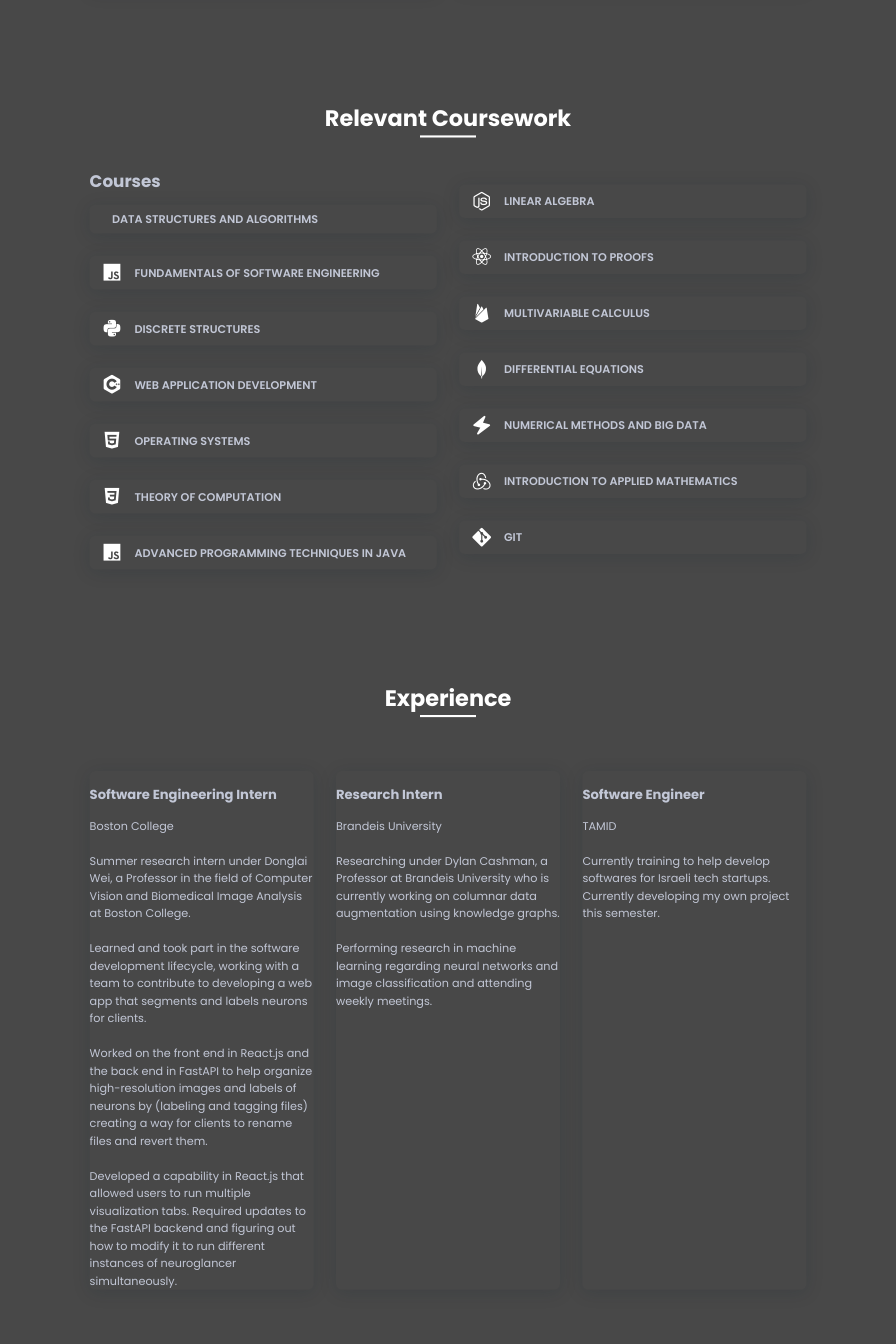
Repository: joshliu14/joshliu14.github.io
Page: index.html
The author's editor kept a copy of each file at every save. The page is drawn from the files as they stood at one save, then again after the next save.
The browser window is 1280 px wide. The pictures show the part of the page from y = 2099 to 4019 px (the page is 5563 px tall before and 5569 px after), at 70% of full size.

Above is the page before, as saved 2024-02-01 01:39:12.

### index.html
<!DOCTYPE html>
<html lang="en">
  <head>
    <meta charset="UTF-8" />
    <meta name="viewport" content="width=device-width, initial-scale=1.0" />

    <link rel="stylesheet" href="assets/css/web.css" />

    <!-- =====BOX ICONS===== -->
    <link
      href="https://unpkg.com/boxicons@2.1.4/css/boxicons.min.css"
      rel="stylesheet"
    />

    <title>Joshua Liu</title>
  </head>
  <body>
    <!--===== HEADER =====-->
    <header class="l-header">
      <nav class="nav bd-grid">
        <div>
          <a href="#" class="nav__logo">Joshua Liu</a>
        </div>

        <div class="nav__menu" id="nav-menu">
          <ul class="nav__list">
            <li class="nav__item">
              <a href="#home" class="nav__link active-link">Home</a>
            </li>
            <li class="nav__item">
              <a href="#about" class="nav__link">About</a>
            </li>
            <li class="nav__item">
              <a href="#skills" class="nav__link">Skills</a>
            </li>
            <li class="nav__item">
              <a href="#coursework" class="nav__link">Coursework</a>
            </li>
            <li class="nav__item">
              <a href="#work" class="nav__link">Experience</a>
            </li>
            <li class="nav__item">
              <a href="#projects" class="nav__link">Projects</a>
            </li>
            <li class="nav__item">
              <a href="#contact" class="nav__link">Info</a>
            </li>
          </ul>
        </div>

        <div class="nav__toggle" id="nav-toggle">
          <i class="bx bx-menu"></i>
        </div>
      </nav>
    </header>

    <main class="l-main">
      <!--===== HOME =====-->
      <section class="home bd-grid" id="home">
        <div class="home__data">
          <h1 class="home__title">
            Hi,<br />I'm <span class="home__title-color">Josh</span><br />
          </h1>

          <a href="resume.pdf" class="button">Resume</a>
        </div>

        <div class="home__social">
          <a
            href="https://www.linkedin.com/in/joshua-liu-727847208/"
            class="home__social-icon"
            ><i class="bx bxl-linkedin"></i
          ></a>
          <a href="https://github.com/joshliu14" class="home__social-icon"
            ><i class="bx bxl-github"></i
          ></a>
        </div>

        <div class="home__img">
          <svg
            class="home__blob"
            viewBox="0 0 479 467"
            xmlns="http://www.w3.org/2000/svg"
            xmlns:xlink="http://www.w3.org/1999/xlink"
          >
            <mask id="mask0" mask-type="alpha">
              <path
                d="M9.19024 145.964C34.0253 76.5814 114.865 54.7299 184.111 29.4823C245.804 6.98884 311.86 -14.9503 370.735 14.143C431.207 44.026 467.948 107.508 477.191 174.311C485.897 237.229 454.931 294.377 416.506 344.954C373.74 401.245 326.068 462.801 255.442 466.189C179.416 469.835 111.552 422.137 65.1576 361.805C17.4835 299.81 -17.1617 219.583 9.19024 145.964Z"
              />
            </mask>
            <g mask="url(#mask0)">
              <path
                d="M9.19024 145.964C34.0253 76.5814 114.865 54.7299 184.111 29.4823C245.804 6.98884 311.86 -14.9503 370.735 14.143C431.207 44.026 467.948 107.508 477.191 174.311C485.897 237.229 454.931 294.377 416.506 344.954C373.74 401.245 326.068 462.801 255.442 466.189C179.416 469.835 111.552 422.137 65.1576 361.805C17.4835 299.81 -17.1617 219.583 9.19024 145.964Z"
              />
              <image
                class="home__blob-img"
                x="30"
                y="65"
                href="assets/img/profile.png"
              />
            </g>
          </svg>
        </div>
      </section>

      <!--===== ABOUT =====-->
      <section class="about section" id="about">
        <h2 class="section-title">About</h2>

        <div class="about__container bd-grid">
          <div class="about__img">
            <img src="assets/img/about.png" alt="" />
          </div>

          <div>
            <h2 class="about__subtitle">I'm Josh</h2>
            <p class="about__text">
              I am currently a sophomore at Brandeis University pursuing a
              degree in Computer Science and Applied Mathematics. I am eager to
              contribute my programming skills to real-world scenarios, and I am
              actively seeking software engineering internship opportunities. My
              goal is to enhance my knowledge, apply theoretical concepts in
              practical settings, and contribute meaningfully to innovative
              projects.
            </p>
          </div>
        </div>
      </section>

      <!--===== SKILLS =====-->
      <section class="skills section" id="skills">
        <h2 class="section-title">Skills</h2>

        <div class="skills__container bd-grid">
          <div>
            <h2 class="skills__subtitle">Programming/Framework/Software Skills</h2>
            <p class="skills__text">
                I have experience with the following programming languages and
                frameworks. I am also familiar with software such as Git and
                Firebase. I am always eager to learn new technologies, languages,
                and frameworks to expand my skillset.
            </p>
            <div class="skills__data">
              <div class="skills__names">
                <i class="bx bxl-java skills__icon"></i>
                <span class="skills__name">JAVA</span>
              </div>
            </div>
            <div class="skills__data">
              <div class="skills__names">
                <i class="bx bxl-javascript skills__icon"></i>
                <span class="skills__name">JAVASCRIPT</span>
              </div>
            </div>
            <div class="skills__data">
              <div class="skills__names">
                <i class="bx bxl-python skills__icon"></i>
                <span class="skills__name">PYTHON</span>
              </div>
            </div>
            <div class="skills__data">
              <div class="skills__names">
                <i class="bx bxl-c-plus-plus skills__icon"></i>
                <span class="skills__name">C++</span>
              </div>
            </div>
            <div class="skills__data">
              <div class="skills__names">
                <i class="bx bxl-html5 skills__icon"></i>
                <span class="skills__name">HTML</span>
              </div>
            </div>
            <div class="skills__data">
              <div class="skills__names">
                <i class="bx bxl-css3 skills__icon"></i>
                <span class="skills__name">CSS</span>
              </div>
            </div>
            <div class="skills__data">
              <div class="skills__names">
                <i class="bx bxl-javascript skills__icon"></i>
                <span class="skills__name">JAVA</span>
              </div>
            </div>
          </div>
          <div class="skills__column2">
            <div class="skills__data">
              <div class="skills__names">
                <i class="bx bxl-react skills__icon"></i>
                <span class="skills__name">REACT.JS</span>
              </div>
            </div>
            <div class="skills__data">
              <div class="skills__names">
                <i class="bx bxl-firebase skills__icon"></i>
                <span class="skills__name">FIREBASE</span>
              </div>
            </div>
            <div class="skills__data">
              <div class="skills__names">
                <i class="bx bxl-mongodb skills__icon"></i>
                <span class="skills__name">MONGODB</span>
              </div>
            </div>
            <div class="skills__data">
              <div class="skills__names">
                <i class="bx bxs-zap skills__icon"></i>
                <span class="skills__name">FASTAPI</span>
              </div>
            </div>
            <div class="skills__data">
              <div class="skills__names">
                <i class="bx bxl-redux skills__icon"></i>
                <span class="skills__name">REDUX</span>
              </div>
            </div>
            <div class="skills__data">
              <div class="skills__names">
                <i class="bx bxl-nodejs skills__icon"></i>
                <span class="skills__name">NODE</span>
              </div>
            </div>
            <div class="skills__data">
              <div class="skills__names">
                <i class="bx bxl-git skills__icon"></i>
                <span class="skills__name">GIT</span>
              </div>
            </div>
          </div>
      </section>

      <!--===== Relevant Coursework =====-->
      <section class="skills section" id="coursework">
        <h2 class="section-title">Relevant Coursework</h2>

        <div class="skills__container bd-grid">
          <div>
            <h2 class="skills__subtitle">Courses</h2>
            <div class="skills__data">
              <div class="skills__names">
                <i class="bx bxs-code skills__icon"></i>
                <span class="skills__name">DATA STRUCTURES AND ALGORITHMS</span>
              </div>
            </div>
            <div class="skills__data">
              <div class="skills__names">
                <i class="bx bxl-javascript skills__icon"></i>
                <span class="skills__name">FUNDAMENTALS OF SOFTWARE ENGINEERING</span>
              </div>
            </div>
            <div class="skills__data">
              <div class="skills__names">
                <i class="bx bxl-python skills__icon"></i>
                <span class="skills__name">DISCRETE STRUCTURES</span>
              </div>
            </div>
            <div class="skills__data">
              <div class="skills__names">
                <i class="bx bxl-c-plus-plus skills__icon"></i>
                <span class="skills__name">WEB APPLICATION DEVELOPMENT</span>
              </div>
            </div>
            <div class="skills__data">
              <div class="skills__names">
                <i class="bx bxl-html5 skills__icon"></i>
                <span class="skills__name">OPERATING SYSTEMS</span>
              </div>
            </div>
            <div class="skills__data">
              <div class="skills__names">
                <i class="bx bxl-css3 skills__icon"></i>
                <span class="skills__name">THEORY OF COMPUTATION</span>
              </div>
            </div>
            <div class="skills__data">
              <div class="skills__names">
                <i class="bx bxl-javascript skills__icon"></i>
                <span class="skills__name">ADVANCED PROGRAMMING TECHNIQUES IN JAVA</span>
              </div>
            </div>
          </div>
          <div>
             <div class="skills__data">
              <div class="skills__names">
                <i class="bx bxl-nodejs skills__icon"></i>
                <span class="skills__name">LINEAR ALGEBRA</span>
              </div>
            </div class="courses__column2">
            <div class="skills__data">
              <div class="skills__names">
                <i class="bx bxl-react skills__icon"></i>
                <span class="skills__name">INTRODUCTION TO PROOFS</span>
              </div>
            </div>
            <div class="skills__data">
              <div class="skills__names">
                <i class="bx bxl-firebase skills__icon"></i>
                <span class="skills__name">MULTIVARIABLE CALCULUS</span>
              </div>
            </div>
            <div class="skills__data">
              <div class="skills__names">
                <i class="bx bxl-mongodb skills__icon"></i>
                <span class="skills__name">DIFFERENTIAL EQUATIONS</span>
              </div>
            </div>
            <div class="skills__data">
              <div class="skills__names">
                <i class="bx bxs-zap skills__icon"></i>
                <span class="skills__name">NUMERICAL METHODS AND BIG DATA</span>
              </div>
            </div>
            <div class="skills__data">
              <div class="skills__names">
                <i class="bx bxl-redux skills__icon"></i>
                <span class="skills__name">INTRODUCTION TO APPLIED MATHEMATICS</span>
              </div>
            </div>
            <div class="skills__data">
              <div class="skills__names">
                <i class="bx bxl-git skills__icon"></i>
                <span class="skills__name">GIT</span>
              </div>
            </div>
          </div>
      </section>

      <!--===== Experience =====-->
      <section class="work section" id="work">
        <h2 class="section-title">Experience</h2>

        <div class="work__container bd-grid">
                <div class="work__img">
                <h3 class="work__title">Software Engineering Intern</h3>
                <span class="work__subtitle">Boston College</span>
                <p class="work__description">
                    <br />
                    Summer research intern under Donglai Wei, a Professor in the field of Computer
                    Vision and Biomedical Image Analysis at Boston College.
                    <br />
                    <br />
                    Learned and took part in the software development lifecycle, working with a team to
                    contribute to developing a web app that segments and labels neurons for clients.
                    <br />
                    <br />
                    Worked on the front end in React.js and the back end in FastAPI to help organize high-resolution images
                    and labels of neurons by (labeling and tagging files) creating a way for clients to rename files and revert them.
                    <br />
                    <br />
                    Developed a capability in React.js that allowed users to run multiple visualization tabs. Required updates
                    to the FastAPI backend and figuring out how to modify it to run different instances of neuroglancer simultaneously.
                </p>
                </div>
                <div class="work__img">
                <h3 class="work__title">Research Intern</h3>
                <span class="work__subtitle">Brandeis University</span>
                <p class="work__description">
                    <br />
                    Researching under Dylan Cashman, a Professor at Brandeis University who is currently working on
                    columnar data augmentation using knowledge graphs.
                    <br />
                    <br />
                    Performing research in machine learning regarding neural networks and image classification and attending weekly meetings.
                </p>
                </div>
                <div class="work__img">
                <h3 class="work__title">Software Engineer</h3>
                <span class="work__subtitle">TAMID</span>
                <p class="work__description">
                    <br />
                     Currently training to help develop softwares for
                    Israeli tech startups. Currently developing my own project
                    this semester.
                </p>
                </div>
        </div>
      </section>

       <!--===== Personal Projects =====-->
      <section class="work section" id="projects">
        <h2 class="section-title">Personal Projects</h2>

        <div class="work__container bd-grid">
                <div class="work__img">
                <h3 class="work__title">Brandeis Stdent Alumni Association</h3>
                <span class="work__subtitle">Web Project</span>
                <p class="work__description">
                    <br />
                    Created a mock Brandeis Student Alumni Association website
                    using Express.js and MongoDB.
                    <br />
                    <br />
                    Fully functioning website utilizing the
                    database for storing upcoming events, user authentication, permissions,
                    and a chat feature through socket.io.
                </p>
                </div>
                <div class="work__img">
                <h3 class="work__title">Travel Mug</h3>
                <span class="work__subtitle">Web Project</span>
                <p class="work__description">
                    <br />
                    Lead software engineer for Travel Mug website using Firebase and React.js.
                    <br />
                    <br />
                    Utilized React-Redux, React-Redux-Firebase
                    and more to aloow communication between from and back end.
                    <br />
                    <br />
                    Features include user authentication and personalized preferences.
                    Ability to filter for different cafes based on roast, items sold, location and more.
                </p>
                </div>
                <div class="work__img">
                <h3 class="work__title">Comment Linter</h3>
                <span class="work__subtitle">AI Project</span>
                <p class="work__description">
                    <br />
                    Working to build an AI software that can detect outdated
                    or misleading comments in software code to help developers
                    maintain readability of code, prevent confusion and increase
                    productivity.
                </p>
                </div>
        </div>
      </section>

      <!--===== INFO =====-->
      <section class="contact section" id="contact">
        <h2 class="section-title">Info</h2>
        <p class="contact__input">Joshua Liu</p>
        <p class="contact__input">joshualiu@brandeis.edu</p>
        <p class="contact__input">949-551-8585</p>
        <p class="contact__input">Brandeis University</p>
        <p class="contact__input">415 South Street Waltham, MA</p>
      </section>
    </main>

    <!--===== FOOTER =====-->
    <footer class="footer">
      <p class="footer__title">Josh Liu</p>
      <div class="footer__social">
        <a href="https://www.facebook.com/josh.liu.9847" class="footer__icon"
          ><i class="bx bxl-facebook"></i
        ></a>
        <a href="https://www.instagram.com/joshliu_" class="footer__icon"
          ><i class="bx bxl-instagram"></i
        ></a>
        <a href="https://twitter.com/jahliu" class="footer__icon"
          ><i class="bx bxl-twitter"></i
        ></a>
      </div>
      <p class="footer__copy">&#169; Joshua Liu</p>
    </footer>

    <!--===== SCROLL REVEAL =====-->
    <script src="https://unpkg.com/scrollreveal"></script>

    <!--===== MAIN JS =====-->
    <script src="assets/js/main.js"></script>
  </body>
</html>

Loaded but not shown: assets/js/main.js (61 lines, source omitted); assets/css/web.css (479 lines, source omitted)

After the next save:
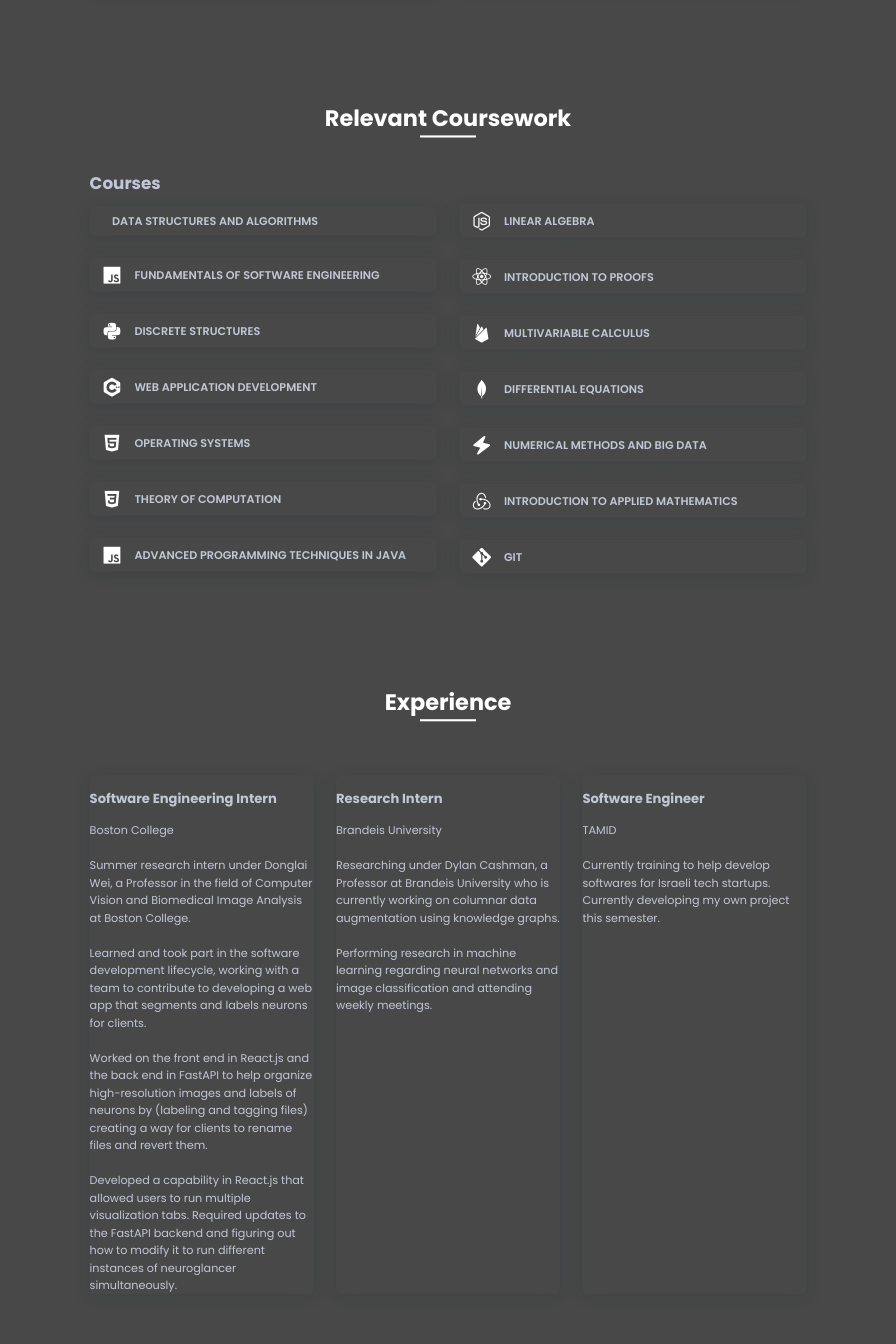
Saved 30 s later.
--- a/index.html
+++ b/index.html
@@ -279,13 +279,13 @@
               </div>
             </div>
           </div>
-          <div>
+          <div class="courses__column2">
              <div class="skills__data">
               <div class="skills__names">
                 <i class="bx bxl-nodejs skills__icon"></i>
                 <span class="skills__name">LINEAR ALGEBRA</span>
               </div>
-            </div class="courses__column2">
+            </div>
             <div class="skills__data">
               <div class="skills__names">
                 <i class="bx bxl-react skills__icon"></i>
